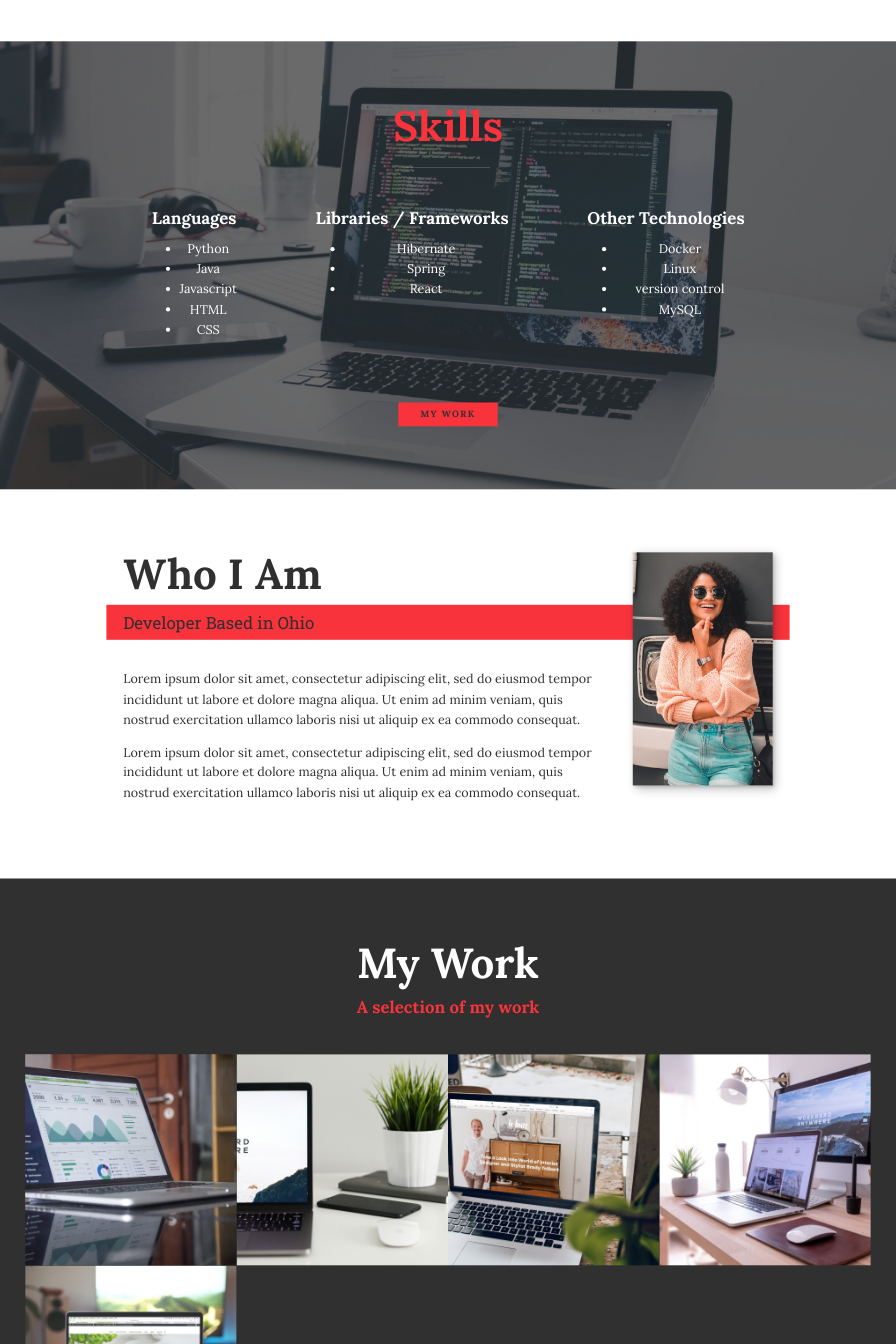
Repository: DinoDime/site
Page: index.html
The author's editor kept a copy of each file at every save. The page is drawn from the files as they stood at one save, then again after the next save.
The browser window is 1280 px wide. The pictures show the part of the page from y = 470 to 2390 px (the page is 2915 px tall), at 70% of full size.
Some web libraries are served in a nearby version.

Above is the page before, as saved 2021-05-02 18:07:04.

After the next save:
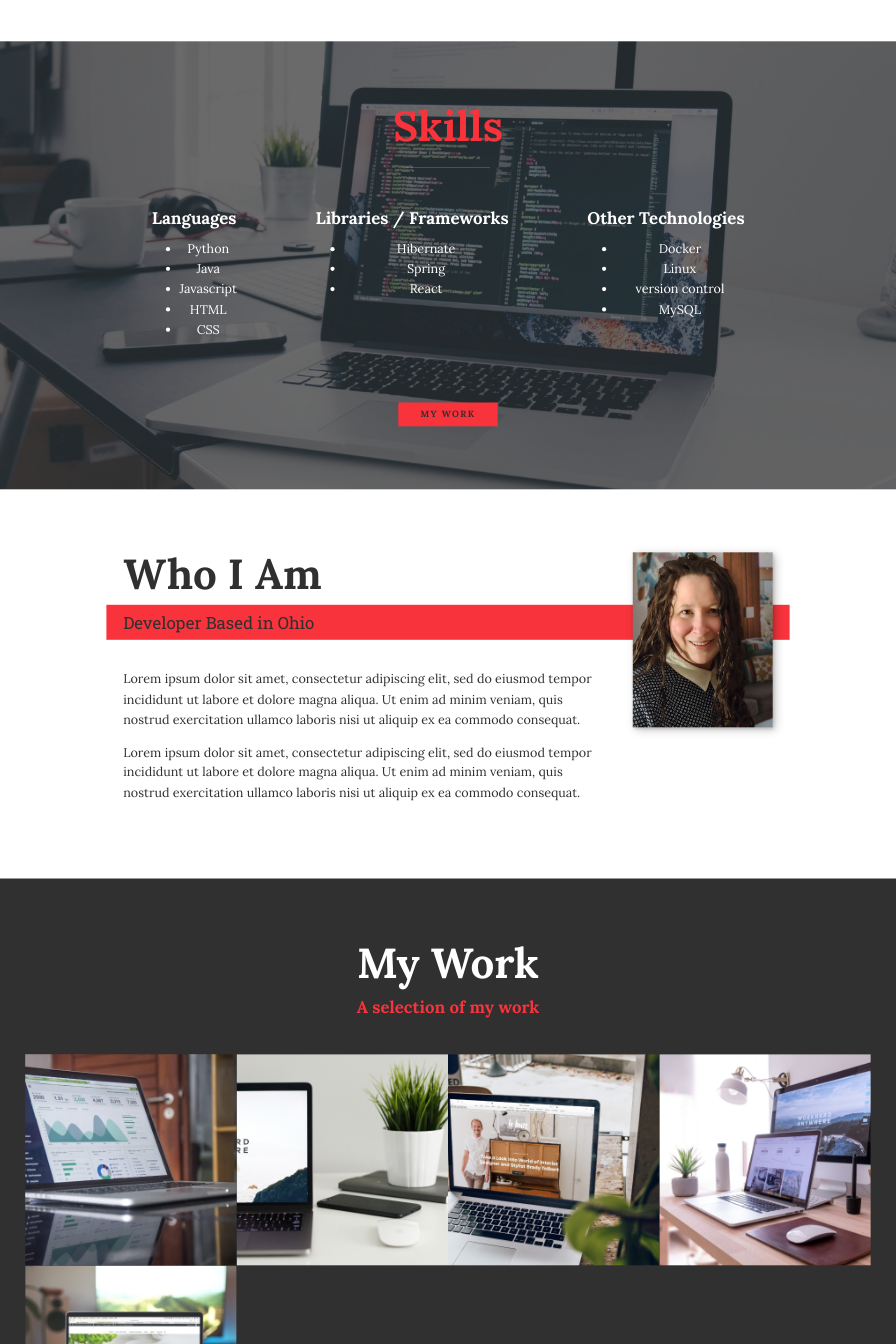
Saved 64 s later.
--- a/index.html
+++ b/index.html
@@ -125,7 +125,7 @@
       </div>
 
       <img
-        src="img/dev-jane-02.jpg"
+        src="img/jess.jpg"
         alt="Jane leaning against a bus"
         class="about-me__img"
       />
